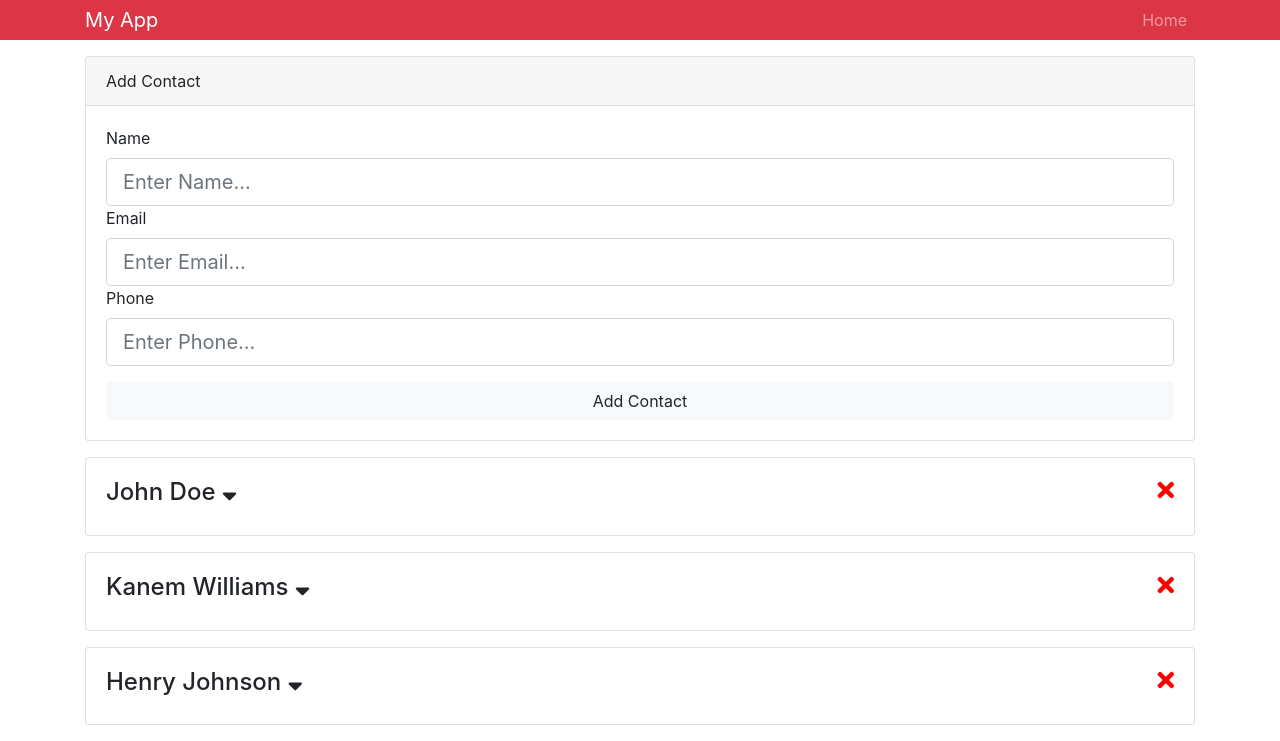
Repository: Mtbwka/contactmanager
Page: /
These files come from the project's save history. The page is drawn as it stood at one moment and after a run of saves; the edit follows.
The browser window is 1280 px wide. The pictures show the whole page.
Some web libraries are served in a nearby version. The project was rebuilt for these pictures with package versions that can differ from the ones it lists, and the page was loaded fresh each time.

Above is the page before, as saved 2019-05-08 18:44:54.

After the next 3 saves:
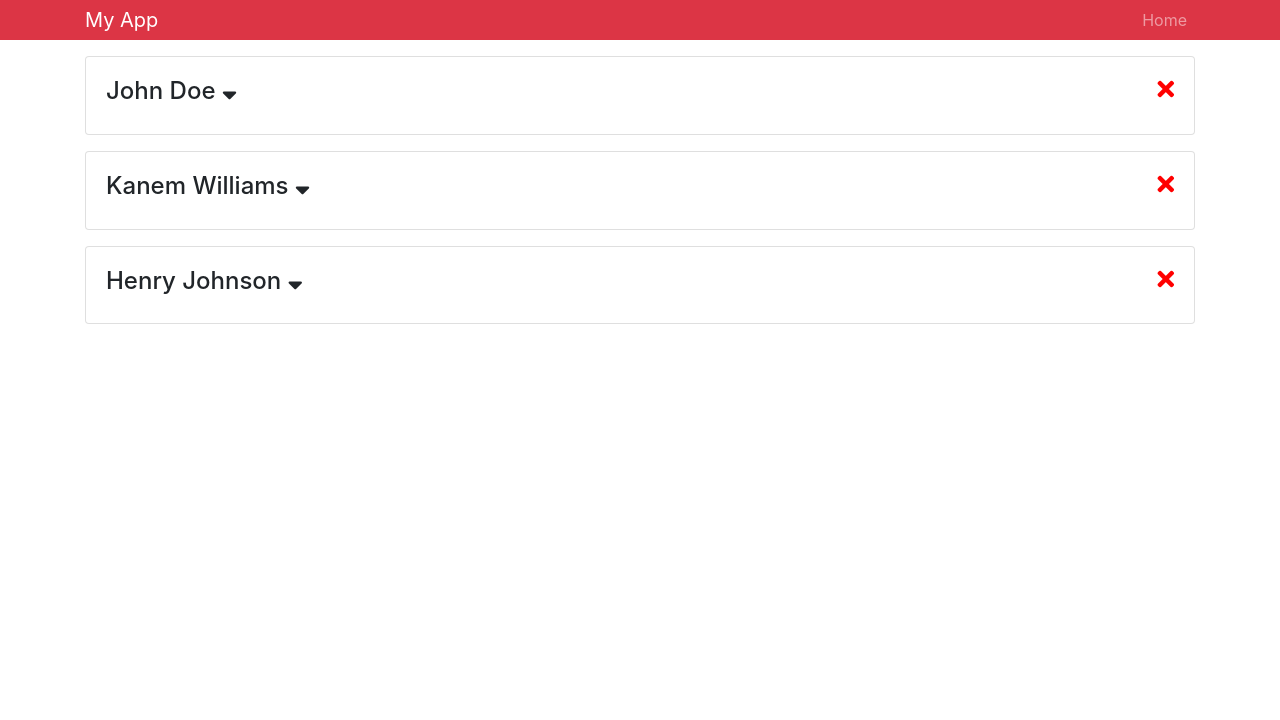
The 3 saves are shown as one change because 2 did not build or start.
The last was saved 68 s later.
--- a/src/components/contacts/AddContact.js
+++ b/src/components/contacts/AddContact.js
@@ -17,6 +17,15 @@
 
   render() {
     const { name, email, phone } = this.state;
+
+    return (
+      <Consumer>
+        {value => {
+          const { dispatch } = value;
+        }}
+      </Consumer>
+    );
+
     return (
       <div className='card mb-3'>
         <div className='card-header'>Add Contact</div>

After the 2 saves that followed:
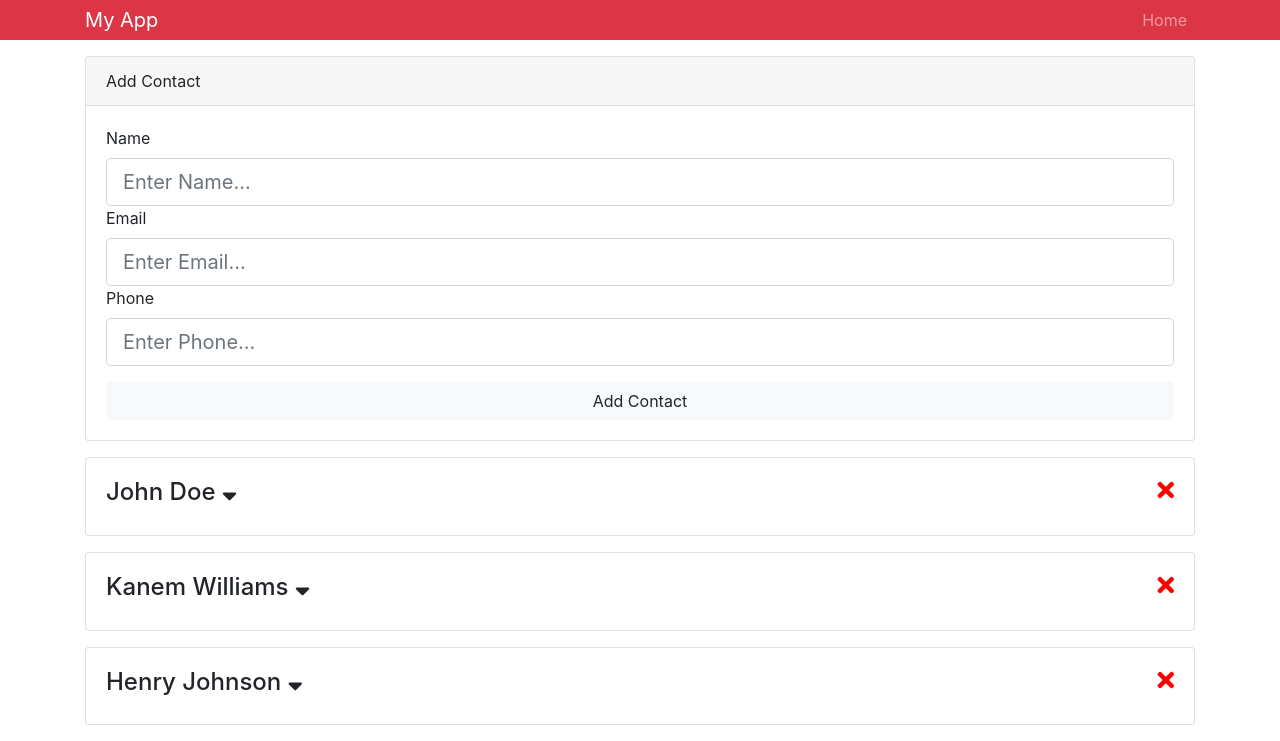
The 2 saves are shown as one change because 1 did not build or start.
The last was saved 52 s later.
--- a/src/components/contacts/AddContact.js
+++ b/src/components/contacts/AddContact.js
@@ -22,52 +22,51 @@
       <Consumer>
         {value => {
           const { dispatch } = value;
+          return (
+            <div className='card mb-3'>
+              <div className='card-header'>Add Contact</div>
+              <div className='card-body'>
+                <form onSubmit={this.onSubmit}>
+                  <div className='form-group'>
+                    <label htmlFor='name'>Name</label>
+                    <input
+                      type='text'
+                      className='form-control form-control-lg'
+                      name='name'
+                      placeholder='Enter Name...'
+                      value={name}
+                      onChange={this.onChange}
+                    />
+                    <label htmlFor='email'>Email</label>
+                    <input
+                      type='email'
+                      className='form-control form-control-lg'
+                      name='email'
+                      placeholder='Enter Email...'
+                      value={email}
+                      onChange={this.onChange}
+                    />
+                    <label htmlFor='name'>Phone</label>
+                    <input
+                      type='text'
+                      className='form-control form-control-lg'
+                      name='phone'
+                      placeholder='Enter Phone...'
+                      value={phone}
+                      onChange={this.onChange}
+                    />
+                  </div>
+                  <input
+                    type='submit'
+                    value='Add Contact'
+                    className='btn btn-light btn-block'
+                  />
+                </form>
+              </div>
+            </div>
+          );
         }}
       </Consumer>
-    );
-
-    return (
-      <div className='card mb-3'>
-        <div className='card-header'>Add Contact</div>
-        <div className='card-body'>
-          <form onSubmit={this.onSubmit}>
-            <div className='form-group'>
-              <label htmlFor='name'>Name</label>
-              <input
-                type='text'
-                className='form-control form-control-lg'
-                name='name'
-                placeholder='Enter Name...'
-                value={name}
-                onChange={this.onChange}
-              />
-              <label htmlFor='email'>Email</label>
-              <input
-                type='email'
-                className='form-control form-control-lg'
-                name='email'
-                placeholder='Enter Email...'
-                value={email}
-                onChange={this.onChange}
-              />
-              <label htmlFor='name'>Phone</label>
-              <input
-                type='text'
-                className='form-control form-control-lg'
-                name='phone'
-                placeholder='Enter Phone...'
-                value={phone}
-                onChange={this.onChange}
-              />
-            </div>
-            <input
-              type='submit'
-              value='Add Contact'
-              className='btn btn-light btn-block'
-            />
-          </form>
-        </div>
-      </div>
     );
   }
 }
